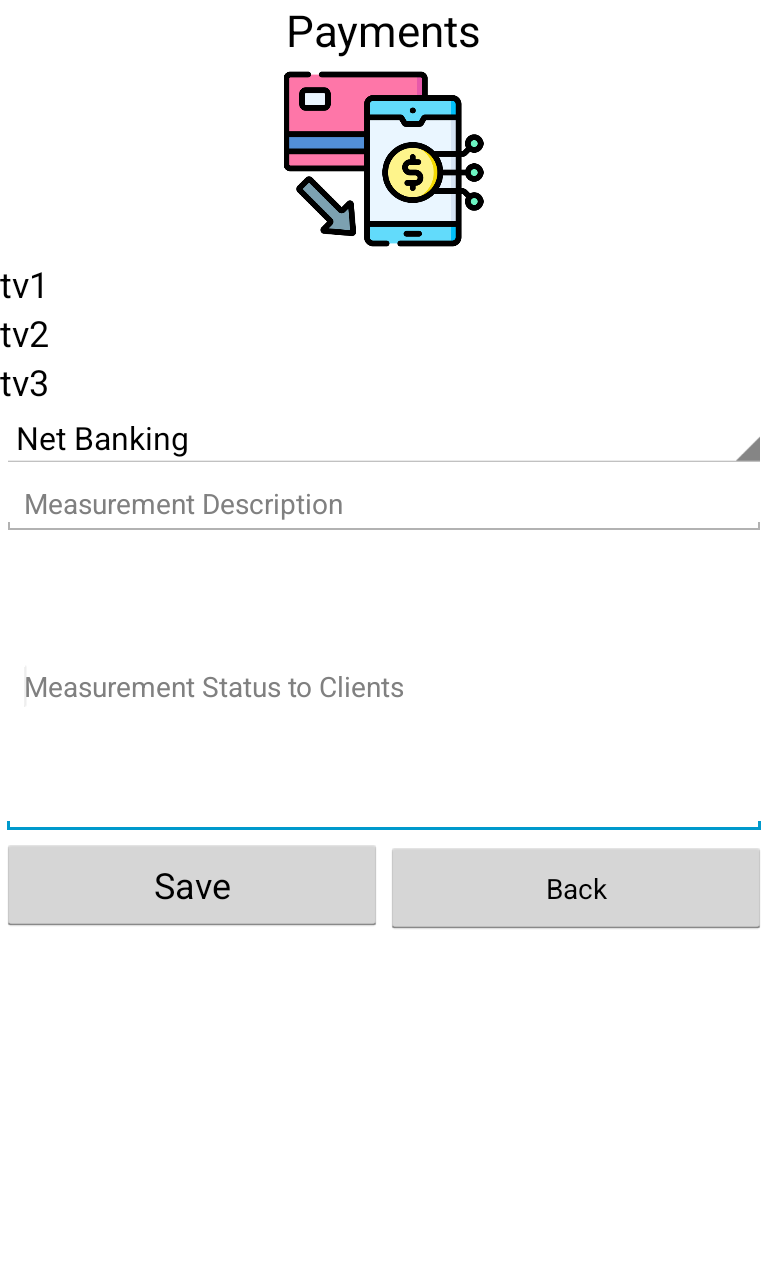
Repository: GowthamS18/Stiching_App
Layout: StitchingAndro/res/layout/payments.xml
An editor plug-in stored every save of this project. The layout is shown before and after the next save, followed by the edit.
It is drawn on a 768 x 1280 px phone screen (xhdpi) without system bars, with theme AppBaseTheme; the app's code is not run.

Above is the layout before, as saved 2024-03-16 02:22:33.

After the next save:
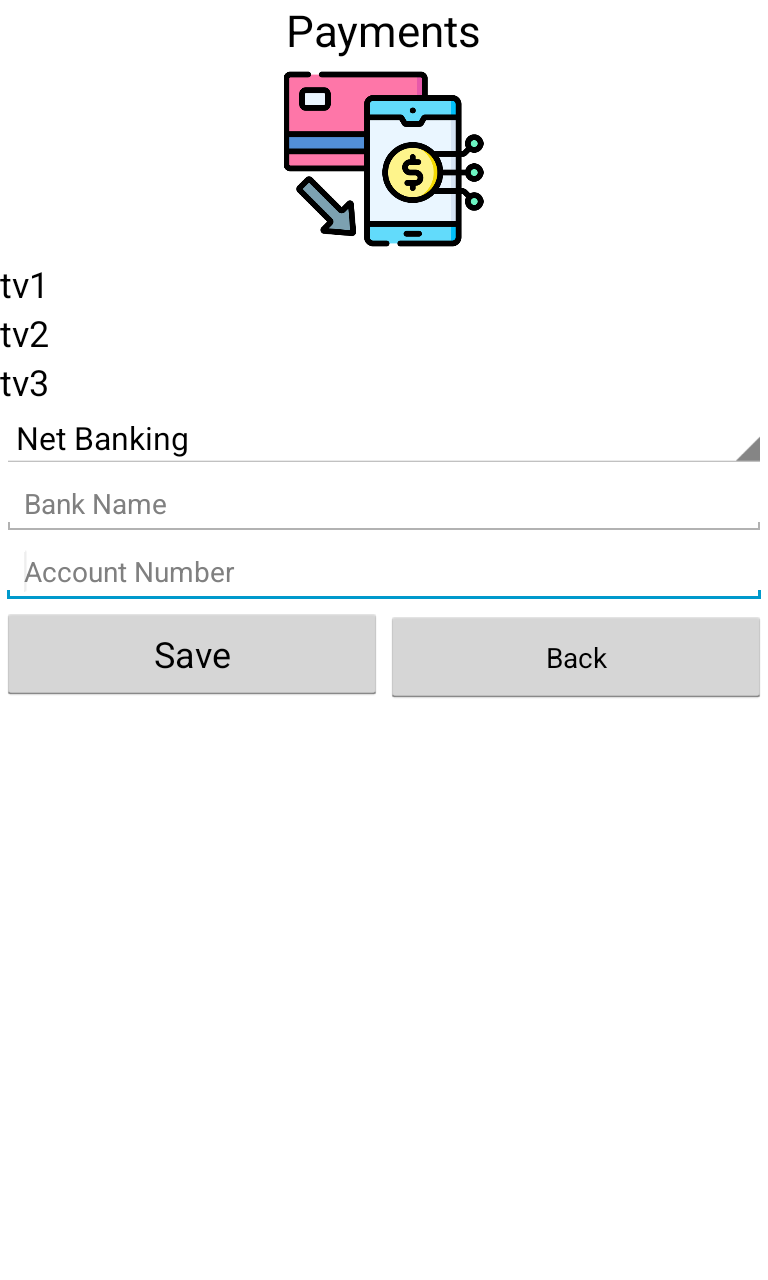
Saved 43 s later.
--- a/StitchingAndro/res/layout/payments.xml
+++ b/StitchingAndro/res/layout/payments.xml
@@ -58,7 +58,7 @@
 	    android:layout_width="match_parent"
 	    android:layout_height="wrap_content"
 	    android:ems="10"
-	    android:hint="Measurement Description"
+	    android:hint="Bank Name"
 	    android:textSize="14sp" >
     	<requestFocus />
 	</EditText>
@@ -68,8 +68,7 @@
 	    android:layout_width="match_parent"
 	    android:layout_height="wrap_content"
 	    android:ems="10"
-	    android:hint="Measurement Status to Clients"
-	    android:lines="8"
+	    android:hint="Account Number"
 	    android:textSize="14sp" >
     	<requestFocus />
 	</EditText>
